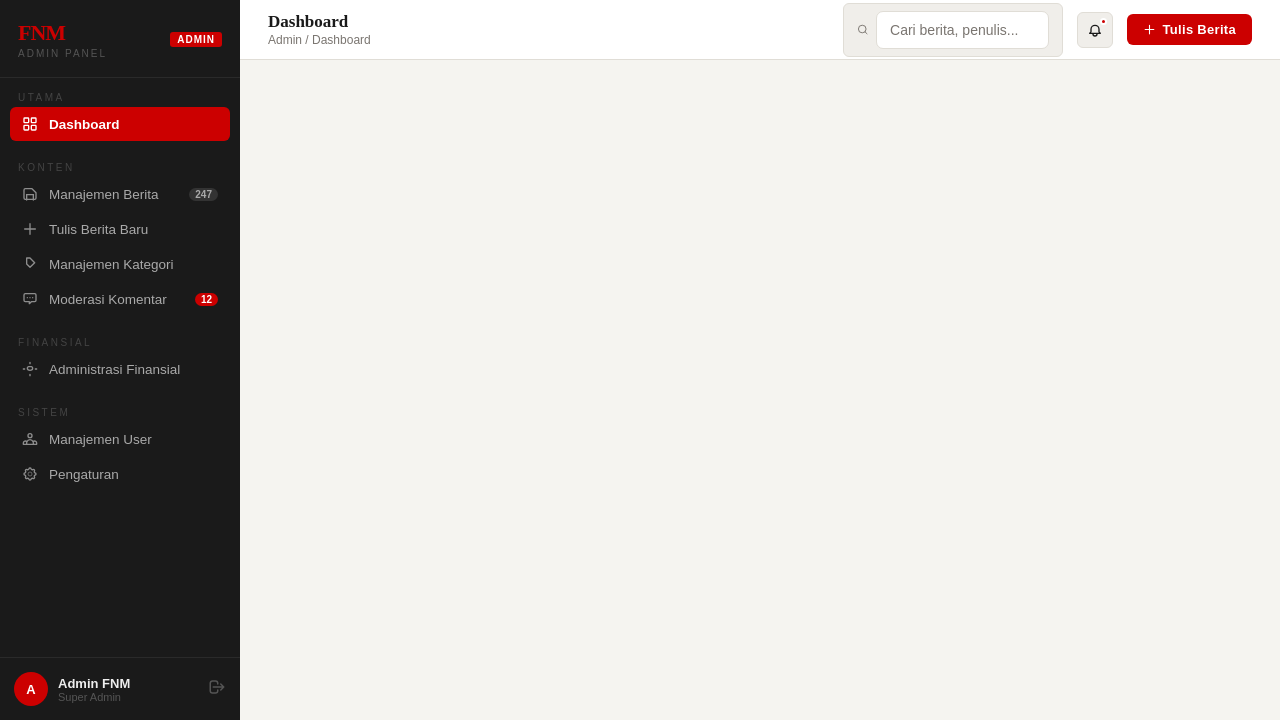
Repository: KrisnaKintaro/fnmtv
Page: http://localhost/
The author's editor kept a copy of each file at every save. The page is drawn from the files as they stood at one save, then again after a run of saves.
The browser window is 1280 px wide. The pictures show the whole page.
The page is served by the project's Laravel application, run on PHP 8.4 with Laravel 12. Other server files are loaded and not shown.

Above is the page before, as saved 2026-03-13 14:27:05.

### routes/web.php
<?php

use Illuminate\Support\Facades\Route;

Route::get("/",function(){
    return view("Admin.pages.dashboard");
});

### resources/views/admin/pages/dashboard.blade.php
@extends('Admin.master_admin')
@section('css')

@endsection
@section('konten')

@endsection
@section('js')

@endsection

### resources/views/Admin/layout/sidebar.blade.php
<aside class="sidebar" id="sidebar">
  <div class="s-brand">
    <div>
      <div class="s-logo">FNM</div>
      <div class="s-tag">Admin Panel</div>
    </div>
    <div class="s-admin-badge">Admin</div>
  </div>

  <div class="s-section">
    <div class="s-label">Utama</div>
    <a class="s-item active" onclick="showPage('dashboard',this)">
      <svg fill="none" stroke="currentColor" viewBox="0 0 24 24"><rect x="3" y="3" width="7" height="7" rx="1" stroke-width="2"/><rect x="14" y="3" width="7" height="7" rx="1" stroke-width="2"/><rect x="3" y="14" width="7" height="7" rx="1" stroke-width="2"/><rect x="14" y="14" width="7" height="7" rx="1" stroke-width="2"/></svg>
      Dashboard
    </a>
  </div>

  <div class="s-section">
    <div class="s-label">Konten</div>
    <a class="s-item" onclick="showPage('news-list',this)">
      <svg fill="none" stroke="currentColor" viewBox="0 0 24 24"><path stroke-linecap="round" stroke-linejoin="round" stroke-width="2" d="M19 20H5a2 2 0 01-2-2V6a2 2 0 012-2h10l6 6v8a2 2 0 01-2 2z"/><polyline points="17 21 17 13 7 13 7 21" stroke-width="2" stroke-linecap="round"/></svg>
      Manajemen Berita
      <span class="s-badge">247</span>
    </a>
    <a class="s-item" onclick="showPage('write-news',this)">
      <svg fill="none" stroke="currentColor" viewBox="0 0 24 24"><path stroke-linecap="round" stroke-linejoin="round" stroke-width="2" d="M12 4v16m8-8H4"/></svg>
      Tulis Berita Baru
    </a>
    <a class="s-item" onclick="showPage('categories',this)">
      <svg fill="none" stroke="currentColor" viewBox="0 0 24 24"><path stroke-linecap="round" stroke-linejoin="round" stroke-width="2" d="M7 7h.01M7 3h5l7 7-7 7-5-5V3z"/></svg>
      Manajemen Kategori
    </a>
    <a class="s-item" onclick="showPage('comments',this)">
      <svg fill="none" stroke="currentColor" viewBox="0 0 24 24"><path stroke-linecap="round" stroke-linejoin="round" stroke-width="2" d="M8 10h.01M12 10h.01M16 10h.01M9 16H5a2 2 0 01-2-2V6a2 2 0 012-2h14a2 2 0 012 2v8a2 2 0 01-2 2h-5l-3 3v-3z"/></svg>
      Moderasi Komentar
      <span class="s-badge" style="background:var(--red);color:#fff;">12</span>
    </a>
  </div>

  <div class="s-section">
    <div class="s-label">Finansial</div>
    <a class="s-item" onclick="showPage('finance',this)">
      <svg fill="none" stroke="currentColor" viewBox="0 0 24 24"><path stroke-linecap="round" stroke-linejoin="round" stroke-width="2" d="M12 8c-2.21 0-4 1.343-4 3s1.79 3 4 3 4-1.343 4-3-1.79-3-4-3zM12 2v2m0 16v2m10-10h-2M4 12H2"/></svg>
      Administrasi Finansial
    </a>
  </div>

  <div class="s-section">
    <div class="s-label">Sistem</div>
    <a class="s-item" onclick="showPage('users',this)">
      <svg fill="none" stroke="currentColor" viewBox="0 0 24 24"><path stroke-linecap="round" stroke-linejoin="round" stroke-width="2" d="M17 20h5v-2a3 3 0 00-5.356-1.857M17 20H7m10 0v-2c0-.656-.126-1.283-.356-1.857M7 20H2v-2a3 3 0 015.356-1.857M7 20v-2c0-.656.126-1.283.356-1.857m0 0a5.002 5.002 0 019.288 0M15 7a3 3 0 11-6 0 3 3 0 016 0z"/></svg>
      Manajemen User
    </a>
    <a class="s-item" onclick="showPage('settings',this)">
      <svg fill="none" stroke="currentColor" viewBox="0 0 24 24"><path stroke-linecap="round" stroke-linejoin="round" stroke-width="2" d="M10.325 4.317c.426-1.756 2.924-1.756 3.35 0a1.724 1.724 0 002.573 1.066c1.543-.94 3.31.826 2.37 2.37a1.724 1.724 0 001.065 2.572c1.756.426 1.756 2.924 0 3.35a1.724 1.724 0 00-1.066 2.573c.94 1.543-.826 3.31-2.37 2.37a1.724 1.724 0 00-2.572 1.065c-.426 1.756-2.924 1.756-3.35 0a1.724 1.724 0 00-2.573-1.066c-1.543.94-3.31-.826-2.37-2.37a1.724 1.724 0 00-1.065-2.572c-1.756-.426-1.756-2.924 0-3.35a1.724 1.724 0 001.066-2.573c-.94-1.543.826-3.31 2.37-2.37.996.608 2.296.07 2.572-1.065z"/><circle cx="12" cy="12" r="3"/></svg>
      Pengaturan
    </a>
  </div>

  <div class="s-footer">
    <div class="s-avatar">A</div>
    <div>
      <div class="s-uname">Admin FNM</div>
      <div class="s-urole">Super Admin</div>
    </div>
    <div class="s-logout" onclick="doLogout()" title="Keluar">
      <svg width="18" height="18" fill="none" stroke="currentColor" viewBox="0 0 24 24"><path stroke-linecap="round" stroke-linejoin="round" stroke-width="2" d="M17 16l4-4m0 0l-4-4m4 4H7m6 4v1a3 3 0 01-3 3H6a3 3 0 01-3-3V7a3 3 0 013-3h4a3 3 0 013 3v1"/></svg>
    </div>
  </div>
</aside>

### resources/views/Admin/layout/navbar.blade.php
<header class="topbar">
    <div style="flex:1">
      <div class="tb-title" id="tbTitle">Dashboard</div>
      <div class="tb-breadcrumb" id="tbCrumb">Admin / Dashboard</div>
    </div>
    <div class="search-wrap">
      <svg width="13" height="13" fill="none" stroke="#7a7570" viewBox="0 0 24 24"><circle cx="11" cy="11" r="8" stroke-width="2"/><path d="m21 21-4.35-4.35" stroke-linecap="round" stroke-width="2"/></svg>
      <input type="text" placeholder="Cari berita, penulis...">
    </div>
    <div style="position:relative;">
      <div class="tb-icon" onclick="toggleNotif()">
        <svg width="16" height="16" fill="none" stroke="currentColor" viewBox="0 0 24 24"><path stroke-linecap="round" stroke-linejoin="round" stroke-width="2" d="M15 17h5l-1.405-1.405A2.032 2.032 0 0118 14.158V11a6 6 0 10-12 0v3.159c0 .538-.214 1.055-.595 1.436L4 17h5m6 0v1a3 3 0 11-6 0v-1m6 0H9"/></svg>
        <div class="tb-dot"></div>
      </div>
      <div class="notif-panel" id="notifPanel">
        <div class="notif-head">Notifikasi <span style="color:var(--red);">(3)</span></div>
        <div class="notif-item"><div class="notif-ico">💬</div><div class="notif-txt"><div class="notif-msg">12 komentar baru perlu dimoderasi</div><div class="notif-t">5 menit lalu</div></div></div>
        <div class="notif-item"><div class="notif-ico">📋</div><div class="notif-txt"><div class="notif-msg">3 artikel menunggu review editor</div><div class="notif-t">1 jam lalu</div></div></div>
        <div class="notif-item"><div class="notif-ico">💰</div><div class="notif-txt"><div class="notif-msg">Tagihan baru: Rp 500.000 belum dibayar</div><div class="notif-t">2 jam lalu</div></div></div>
      </div>
    </div>
    <button class="btn btn-red" onclick="showPage('write-news', null)">
      <svg width="13" height="13" fill="none" stroke="currentColor" viewBox="0 0 24 24"><path stroke-linecap="round" stroke-linejoin="round" stroke-width="2" d="M12 4v16m8-8H4"/></svg>
      Tulis Berita
    </button>
  </header>

Loaded but not shown: resources/views/Admin/master_admin.blade.php (1559 lines, source omitted); resources/views/admin/master_admin.blade.php (1559 lines, source omitted)

After the next 5 saves:
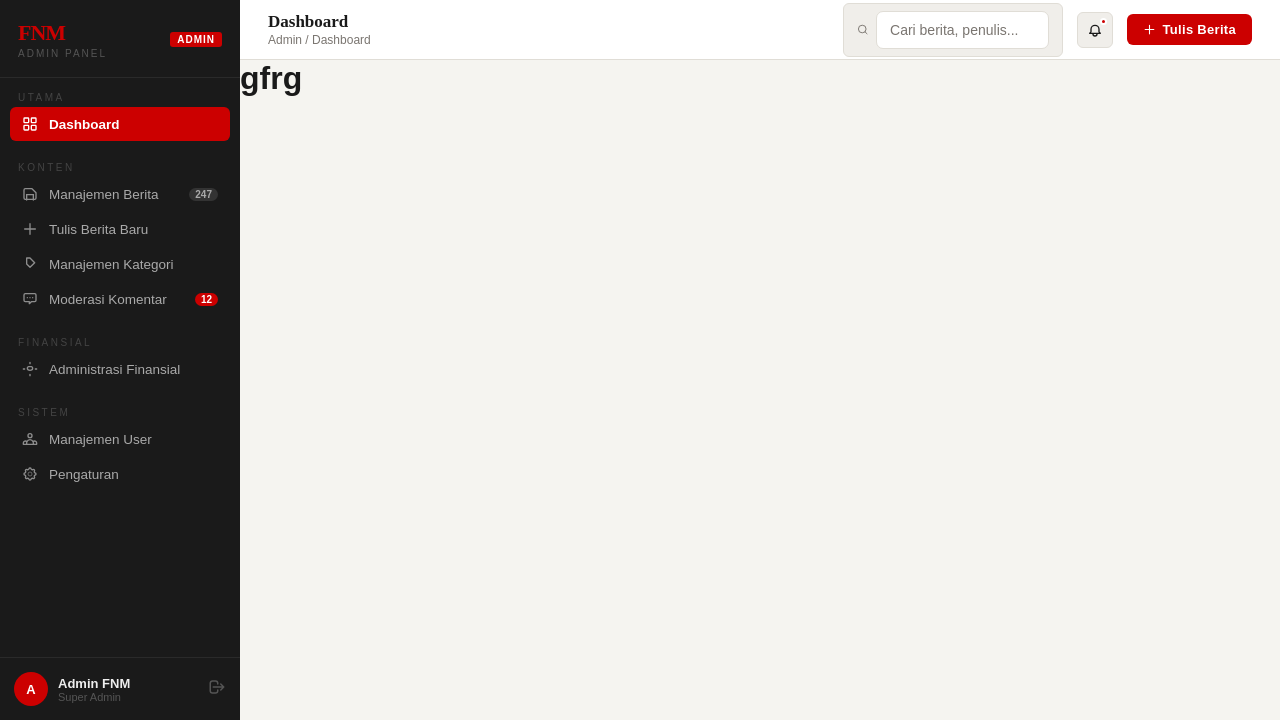
The 5 saves are shown as one change because they came seconds apart.
The last was saved 110 s later.
--- a/resources/views/admin/pages/dashboard.blade.php
+++ b/resources/views/admin/pages/dashboard.blade.php
@@ -1,10 +1,103 @@
-@extends('Admin.master_admin')
+@extends('admin.master_admin')
 @section('css')
+    <style>
+        /* Styling khusus grid statistik di dashboard */
+        .stats-grid {
+            display: grid;
+            grid-template-columns: repeat(4, 1fr);
+            gap: 16px;
+            margin-bottom: 24px;
+        }
 
+        .stat-card {
+            background: var(--white);
+            border: 1px solid var(--border);
+            border-radius: 10px;
+            padding: 20px 22px;
+            position: relative;
+            overflow: hidden;
+            transition: transform .2s, box-shadow .2s;
+        }
+
+        .stat-card:hover {
+            transform: translateY(-2px);
+            box-shadow: 0 6px 24px rgba(0, 0, 0, .08);
+        }
+
+        /* Aksen garis warna di bawah card */
+        .stat-card::after {
+            content: '';
+            position: absolute;
+            bottom: 0;
+            left: 0;
+            right: 0;
+            height: 3px;
+            background: var(--c, var(--red));
+        }
+
+        /* Variasi warna card berdasarkan urutan */
+        .stat-card:nth-child(2) {
+            --c: #1a3a7a;
+        }
+
+        .stat-card:nth-child(3) {
+            --c: #1a7a3c;
+        }
+
+        .stat-card:nth-child(4) {
+            --c: #b86200;
+        }
+
+        /* Layout dua kolom bawah (Chart & Revenue) */
+        .two-col-dash {
+            display: grid;
+            grid-template-columns: 1fr 320px;
+            gap: 20px;
+            margin-bottom: 20px;
+        }
+
+        /* Mockup Chart Bar sederhana */
+        .chart-area {
+            background: var(--white);
+            border: 1px solid var(--border);
+            border-radius: 10px;
+            padding: 20px 24px;
+        }
+
+        .chart-bars {
+            display: flex;
+            align-items: flex-end;
+            gap: 8px;
+            height: 120px;
+        }
+
+        .bar-fill {
+            width: 100%;
+            background: var(--red);
+            border-radius: 3px 3px 0 0;
+            opacity: .85;
+            transition: opacity .2s;
+        }
+    </style>
 @endsection
 @section('konten')
-
+    <h1>gfrg</h1>
 @endsection
 @section('js')
+    <script>
+        // JS spesifik dashboard
+        console.log("Dashboard Loaded");
 
+        // Contoh interaksi sederhana: Menampilkan nilai saat bar chart di-hover
+        document.querySelectorAll('.bar-fill').forEach(bar => {
+            bar.addEventListener('mouseenter', function() {
+                this.style.opacity = '1';
+            });
+            bar.addEventListener('mouseleave', function() {
+                this.style.opacity = '0.85';
+            });
+        });
+
+        // Kamu bisa menambahkan logic Chart.js atau library lain di sini nanti
+    </script>
 @endsection

After the save that followed:
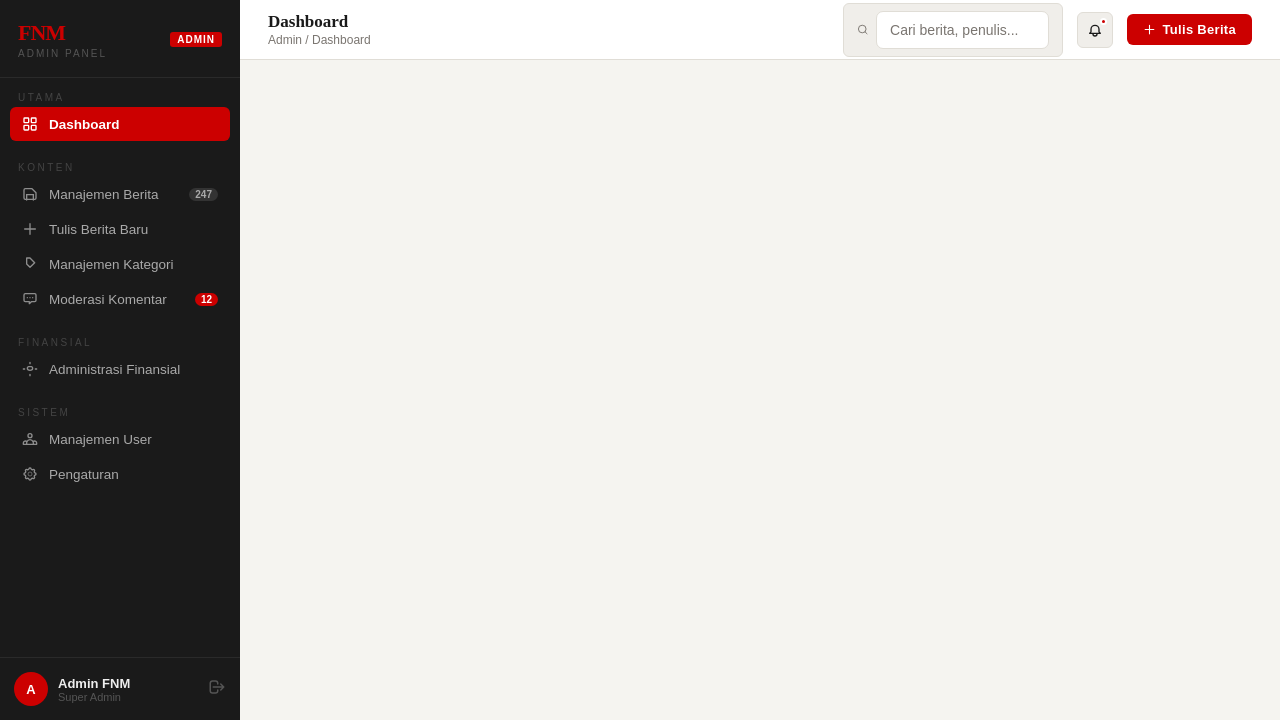
Saved 59 s later.
--- a/resources/views/admin/pages/dashboard.blade.php
+++ b/resources/views/admin/pages/dashboard.blade.php
@@ -81,7 +81,7 @@
     </style>
 @endsection
 @section('konten')
-    <h1>gfrg</h1>
+    <h1></h1>
 @endsection
 @section('js')
     <script>
